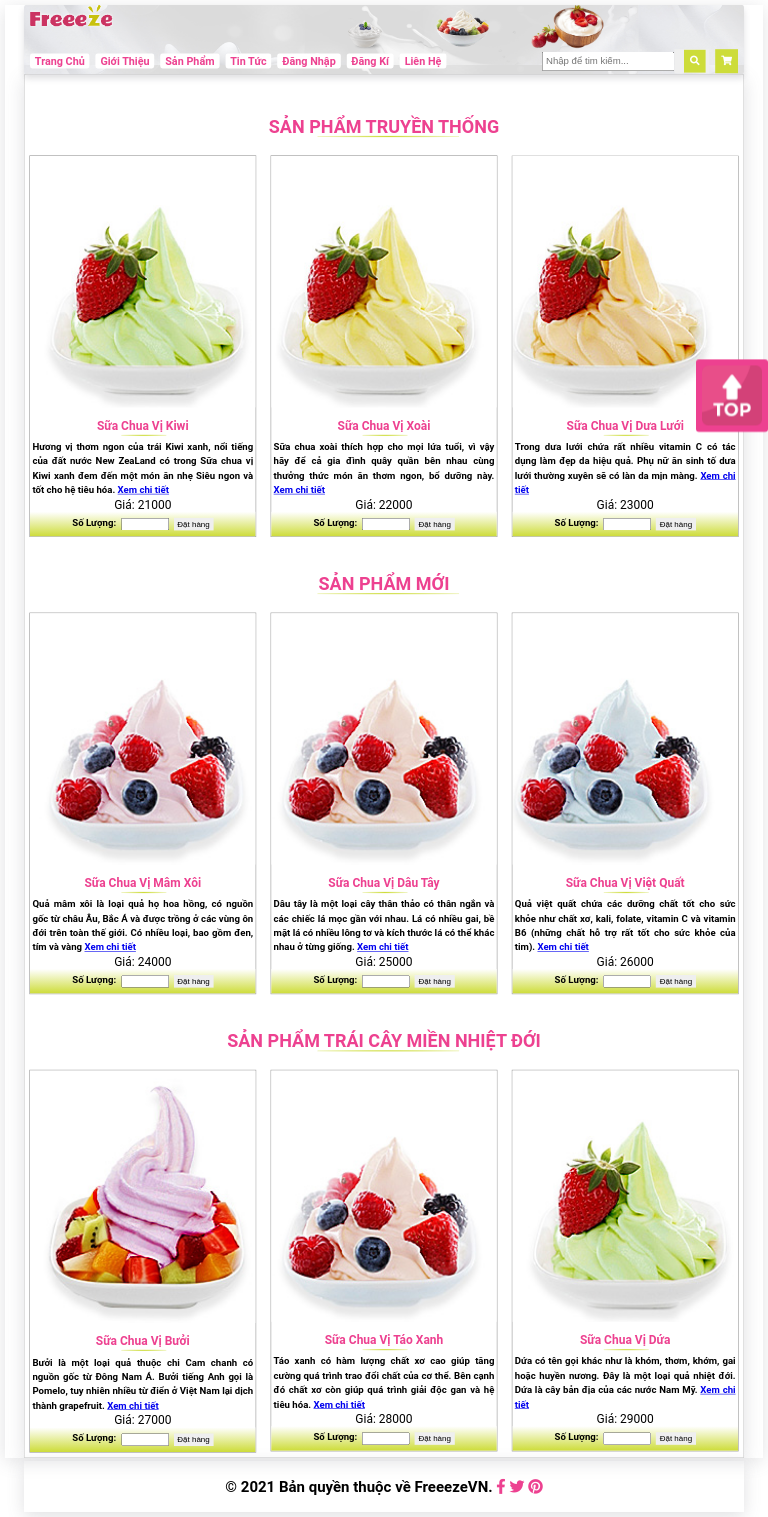
Repository: minh352623/lab1
Page: sanpham.html
An editor plug-in stored every save of this project. The page is shown before and after a run of saves, followed by the edit.
The browser window is 1280 px wide. The pictures show the whole page, at 60% of full size.

Above is the page before, as saved 2022-03-12 23:33:49.

After the next 2 saves:
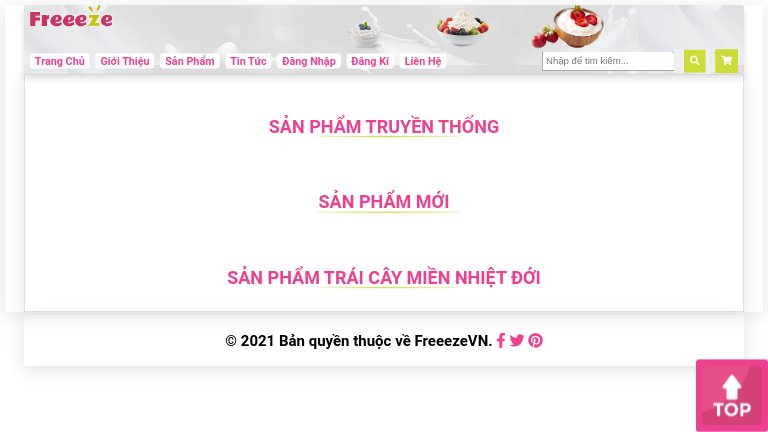
Console error: SyntaxError: Unexpected token '}'
The 2 saves are shown as one change because they came seconds apart.
The last was saved 11 s later.
--- a/js/sanpham.js
+++ b/js/sanpham.js
@@ -135,7 +135,7 @@
                 e.preventDefault();
                 const form = this.querySelector(".product-child");
                 console.log(form);
-                const img = form.elements[""]
+                const img = form.elements["img"].
 
             }
         })

After the 3 saves that followed:
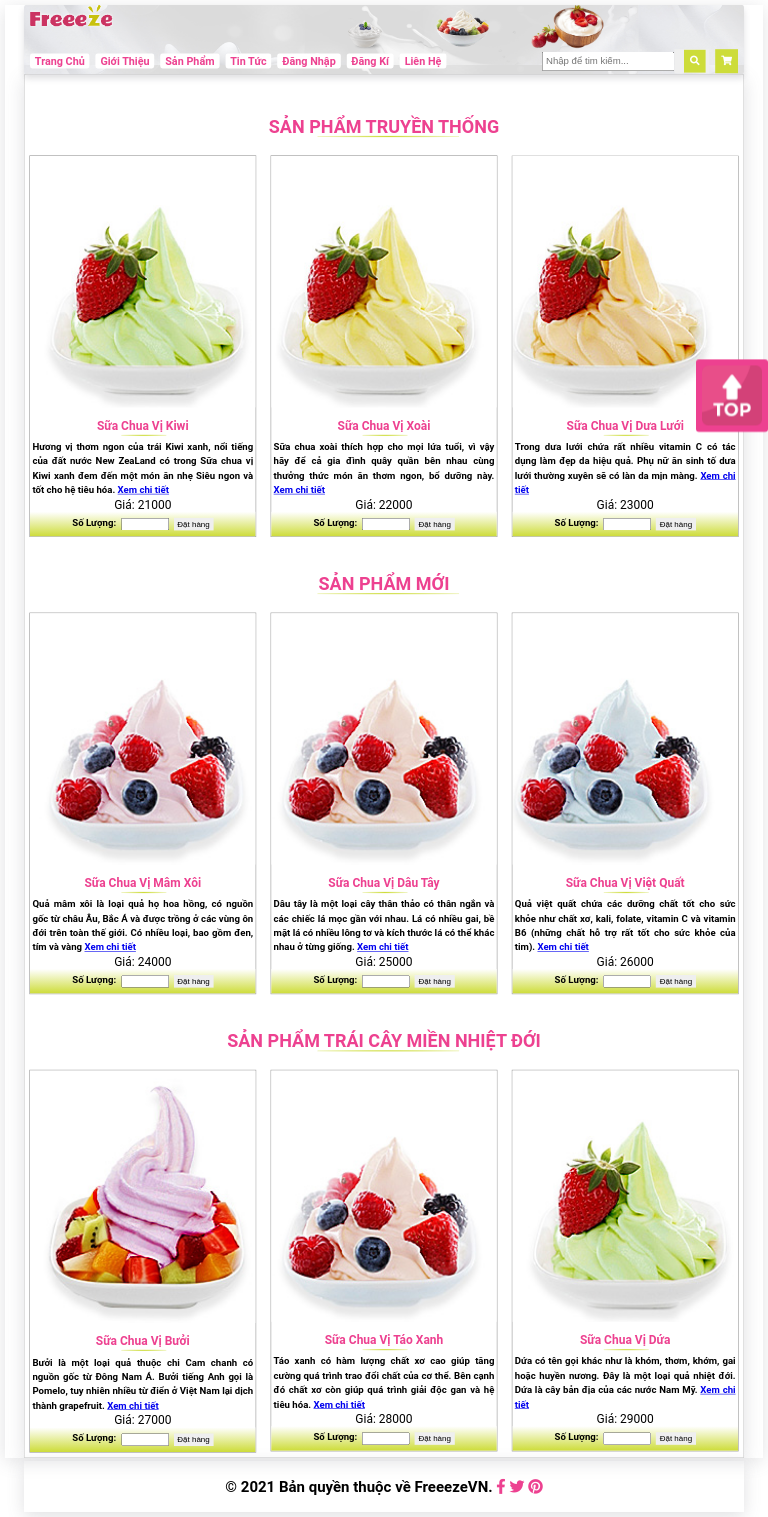
The error is gone.
The 3 saves are shown as one change because they came seconds apart.
The last was saved 10 s later.
--- a/js/sanpham.js
+++ b/js/sanpham.js
@@ -135,7 +135,8 @@
                 e.preventDefault();
                 const form = this.querySelector(".product-child");
                 console.log(form);
-                const img = form.elements["img"].
+                const img = form.elements["img"].src;
+                console.log(img);
 
             }
         })
